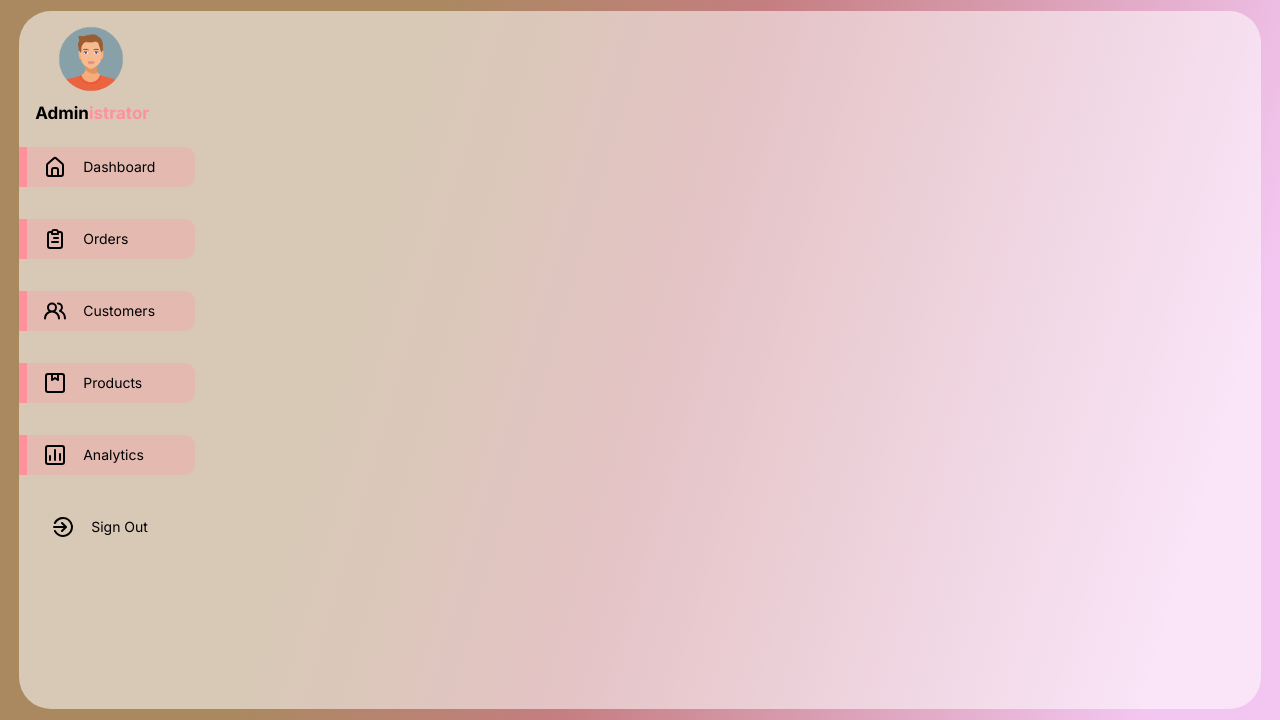
Repository: Zeeohn/react-admin-dash1
Page: /
These files come from the project's save history. The page is drawn as it stood at one moment and after the next save; the edit follows.
The browser window is 1280 px wide. The pictures show the whole page.
The project was rebuilt for these pictures with package versions that can differ from the ones it lists, and the page was loaded fresh each time.

Above is the page before, as saved 2022-05-20 13:08:45.

After the next save:
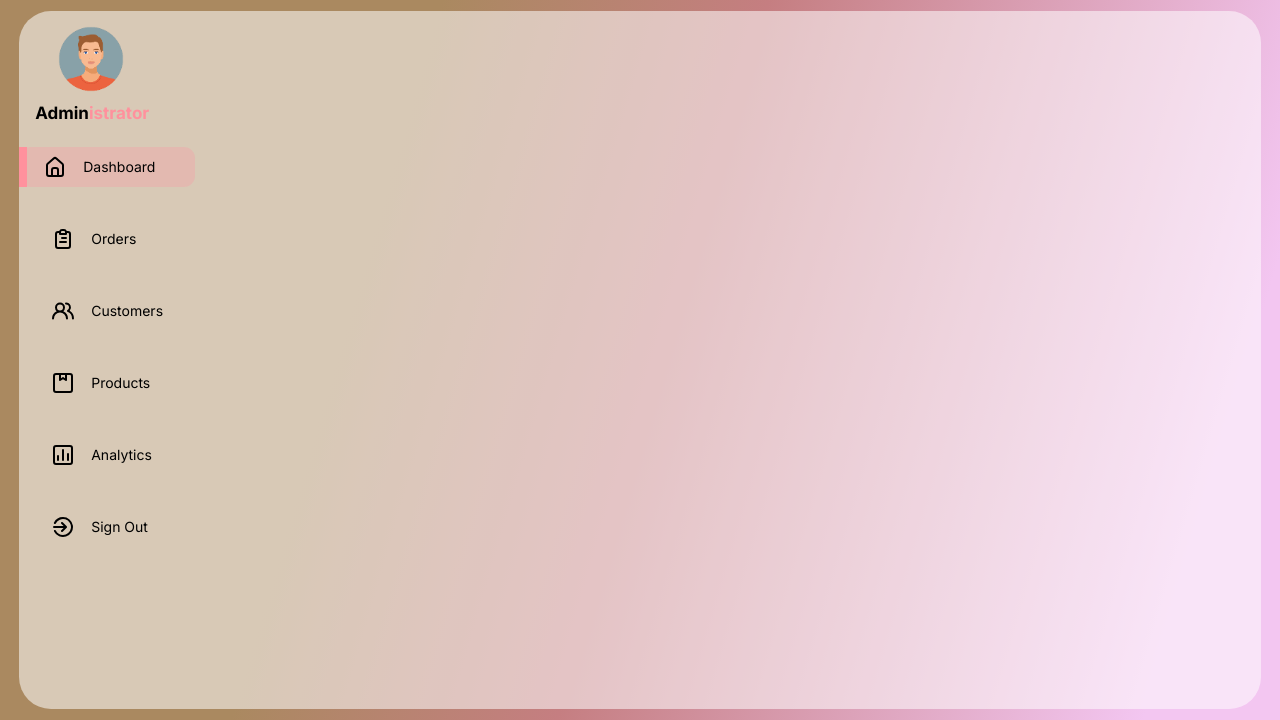
Saved 49 s later.
--- a/src/components/sidebar/Sidebar.jsx
+++ b/src/components/sidebar/Sidebar.jsx
@@ -22,7 +22,10 @@ const Sidebar = () => {
       <div className="menu">
         {SidebarData.map((item, index) => {
           return (
-            <div className="menuItem active" key={index}>
+            <div
+              className={selected === index ? "menuItem active" : "menuItem"}
+              key={index}
+            >
               <item.icon />
               <span>{item.heading}</span>
             </div>
